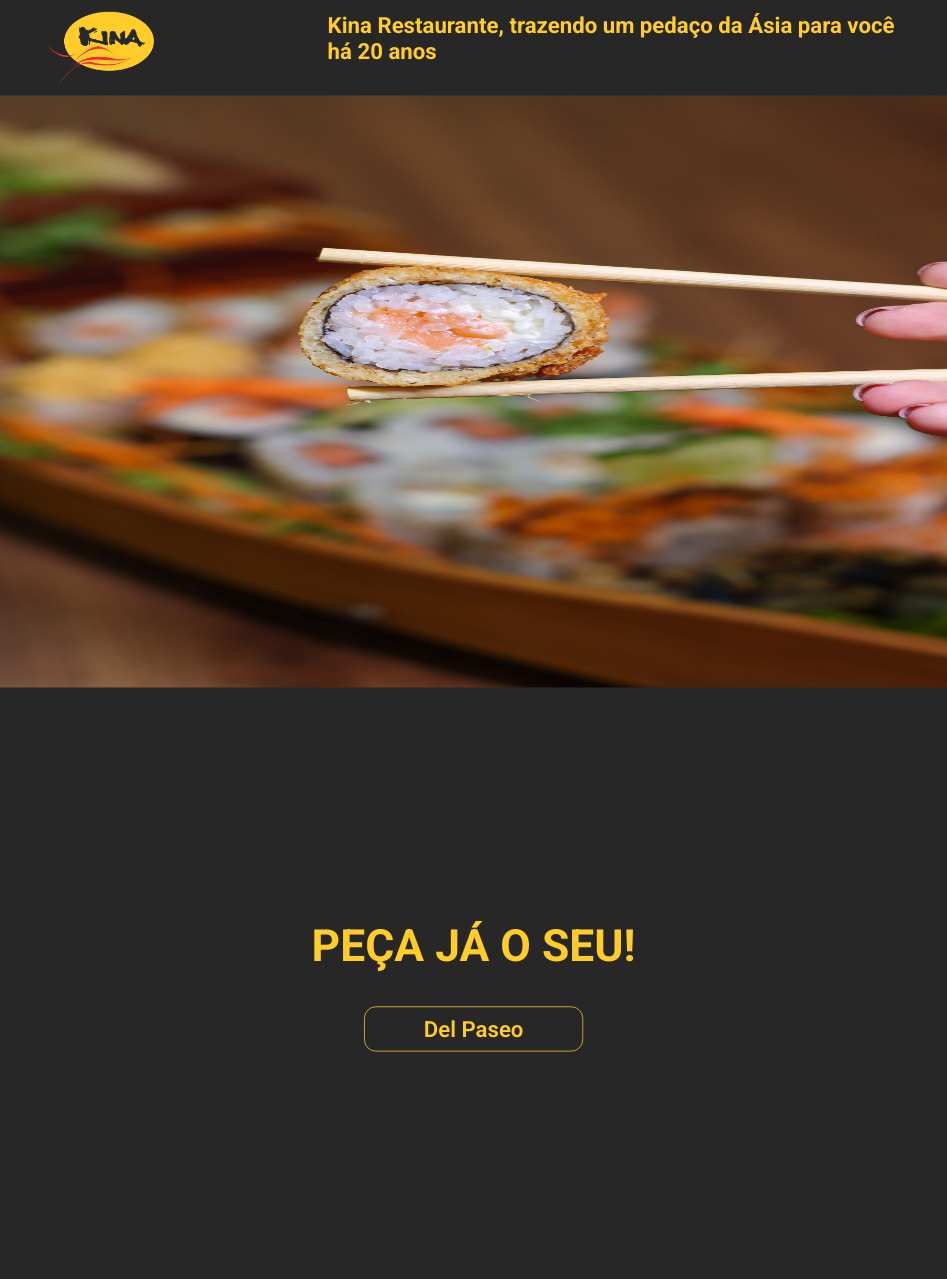
Repository: chidekina/kina-page
Page: index.html
The author's editor kept a copy of each file at every save. The page is drawn from the files as they stood at one save, then again after the next save.
The browser window is 1280 px wide. The pictures show the whole page, at 74% of full size.

Above is the page before, as saved 2025-03-20 16:42:50.

### index.html
<!DOCTYPE html>
<html lang="en">
  <head>
    <meta charset="UTF-8" />
    <meta name="viewport" content="width=device-width, initial-scale=1.0" />
    <link rel="stylesheet" href="styles.css" />
    <title>Kina Restaurante</title>
    <script src="https://cdn.jsdelivr.net/npm/@tailwindcss/browser@4"></script>
    <link rel="preconnect" href="https://fonts.googleapis.com" />
    <link rel="preconnect" href="https://fonts.gstatic.com" crossorigin />
    <link
      href="https://fonts.googleapis.com/css2?family=Roboto:ital,wght@0,100..900;1,100..900&display=swap"
      rel="stylesheet"
    />
  </head>
  <body>
    <header class="flex px-12 py-4 gap-12 justify-between">
        <img src="./assets/Logo Kina.png" class="w-40" alt="Kina Logo" />
        <h1 class="flex font-bold text-3xl w-2/3">
          Kina Restaurante, trazendo um pedaço da Ásia para você há 20 anos
        </h1>
    </header>
    <img src="/assets/pictures/IMG_5172.JPG" class="w-full h-200">
    <div class="flex justify-center items-center h-200 flex-col">
        <h1 class="font-bold text-6xl mb-16">PEÇA JÁ O SEU!</h1>
        <ul>
            <li>
                <a href="https://www.ifood.com.br/delivery/fortaleza-ce/kina-del-paseo-aldeota/053acccc-102c-4b47-b6df-b3ddc8d6c0f6"
                target="_blank" class="font-semibold text-3xl border rounded-2xl py-3 px-20">
                    Del Paseo
                </a>
            </li>
        </ul>
    </div>
  </body>
</html>

### styles.css
:root{
    --main-font: "Roboto", sans-serif;
    --primary-color: #FFCC29;
}

body {
    font-family: var(--main-font);
    background-color: #272728;
    color: var(--primary-color);
}

After the next save:
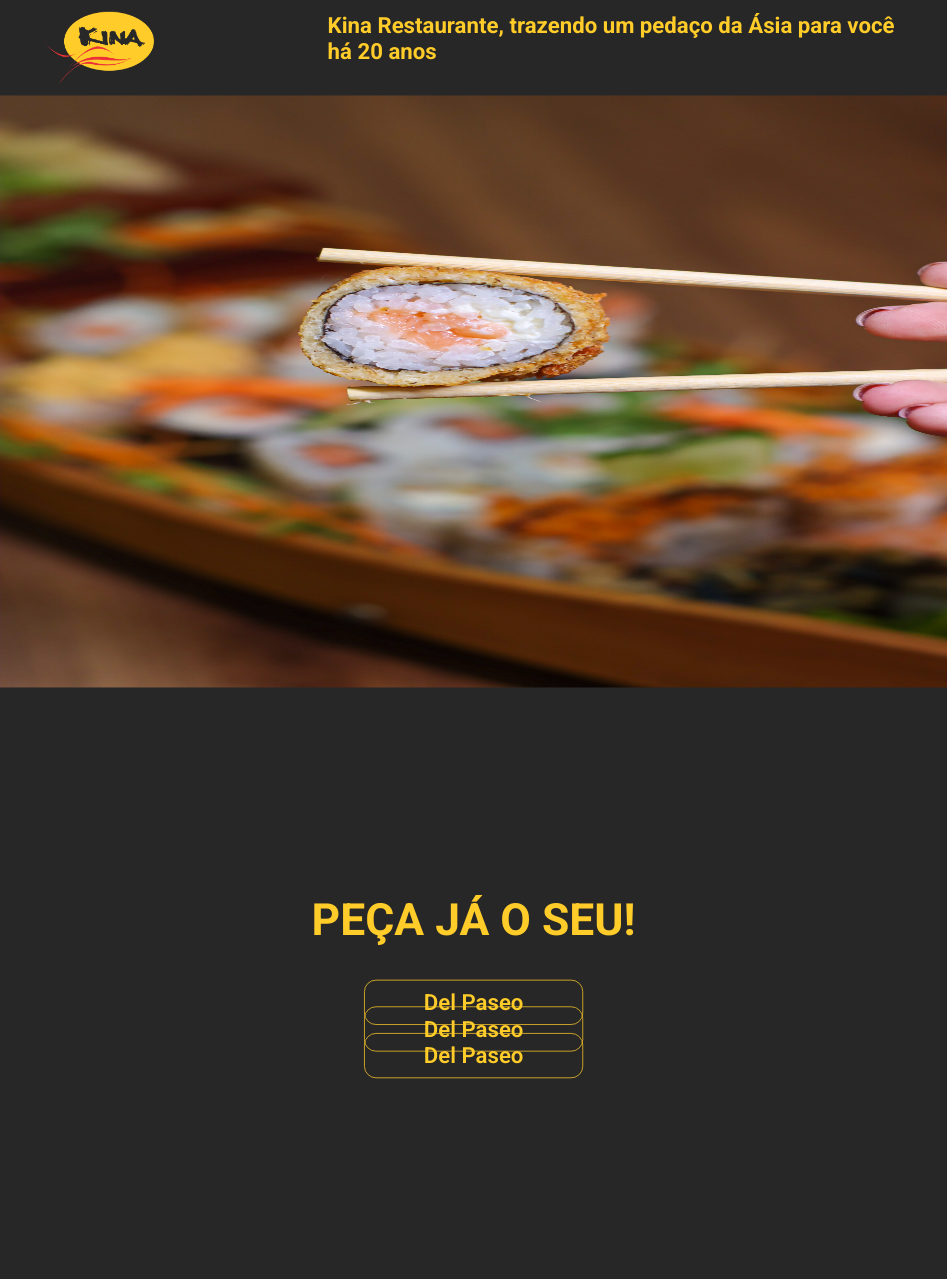
Saved 3 min 33 s later.
--- a/index.html
+++ b/index.html
@@ -30,6 +30,18 @@
                     Del Paseo
                 </a>
             </li>
+            <li>
+                <a href="https://www.ifood.com.br/delivery/fortaleza-ce/kina-del-paseo-aldeota/053acccc-102c-4b47-b6df-b3ddc8d6c0f6"
+                target="_blank" class="font-semibold text-3xl border rounded-2xl py-3 px-20">
+                    Del Paseo
+                </a>
+            </li>
+            <li>
+                <a href="https://www.ifood.com.br/delivery/fortaleza-ce/kina-del-paseo-aldeota/053acccc-102c-4b47-b6df-b3ddc8d6c0f6"
+                target="_blank" class="font-semibold text-3xl border rounded-2xl py-3 px-20">
+                    Del Paseo
+                </a>
+            </li>
         </ul>
     </div>
   </body>
